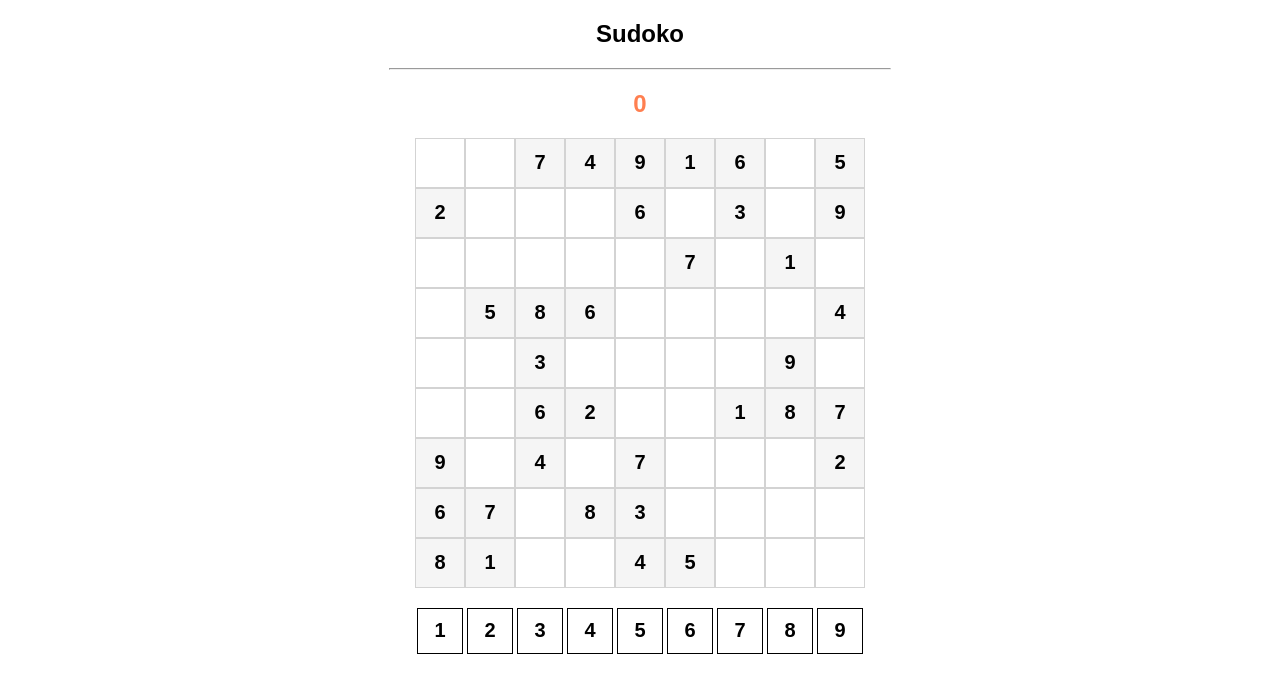
Repository: divyaravada/javascript-games
Page: sudoko/sudoko.html
An editor plug-in stored every save of this project. The page is shown before and after the next save, followed by the edit.
The browser window is 1280 px wide. The pictures show the whole page.

Above is the page before, as saved 2022-03-15 18:26:06.

After the next save:
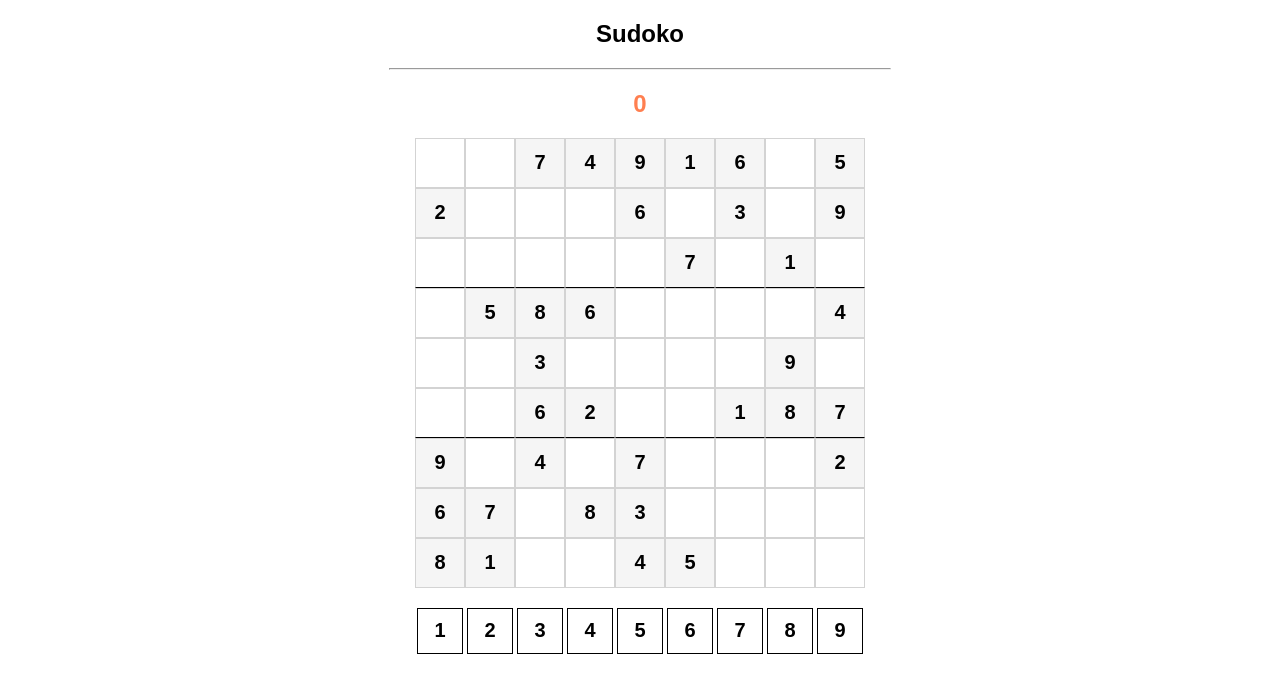
Saved 16 s later.
--- a/sudoko/sudoko.js
+++ b/sudoko/sudoko.js
@@ -49,7 +49,10 @@ function setGame() {
         tile.classList.add("tile-start");
       }
       if (r == 2 || r == 5) {
-        tile.classList.add("hor");
+        tile.classList.add("horizontal-line");
+      }
+      if (r == 2 || r == 5) {
+        tile.classList.add("horizontal-line");
       }
       tile.addEventListener("click", selectTitle);
       tile.classList.add("tile");
